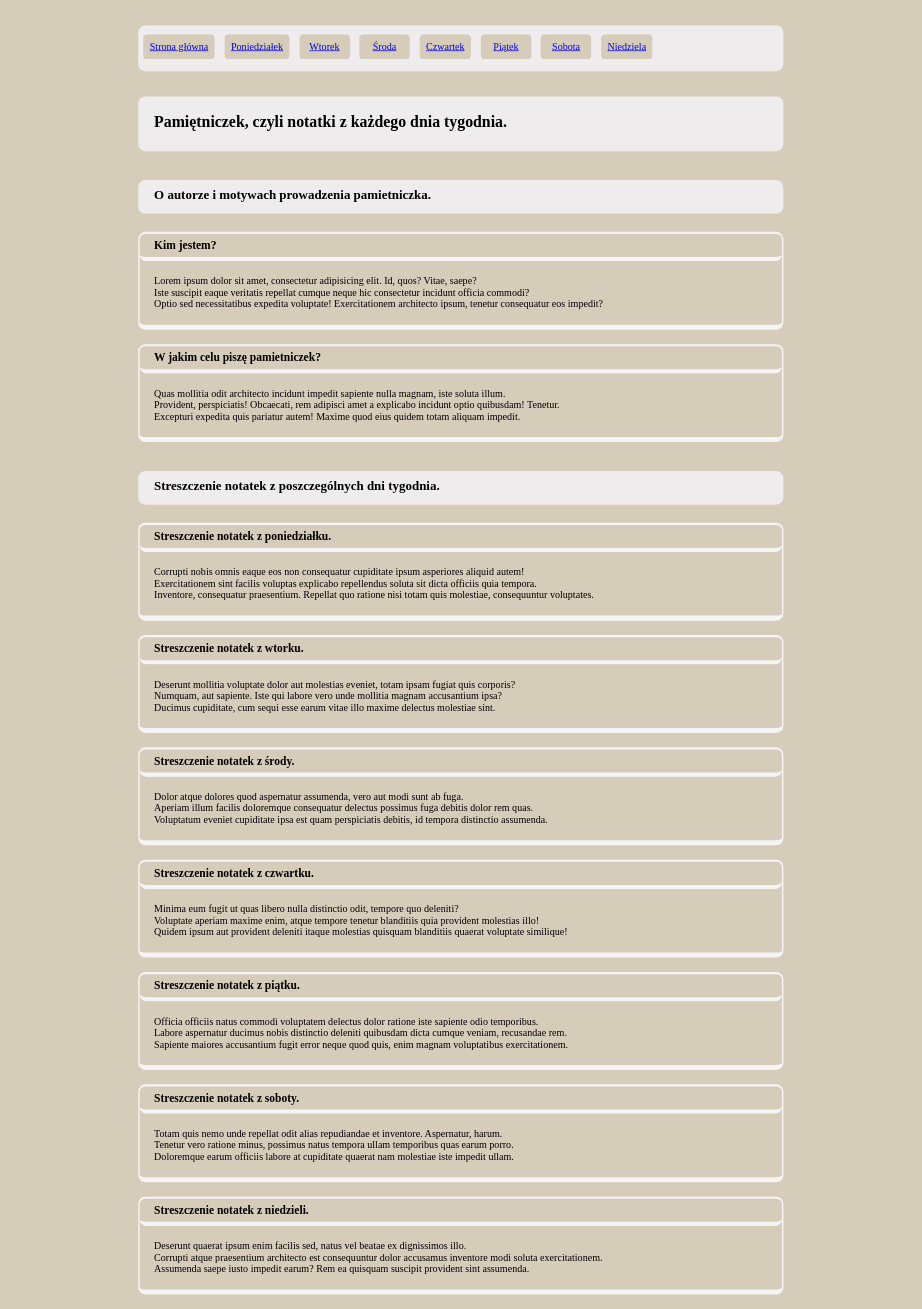
Repository: ArturNatwora/hompage
Page: index.html
An editor plug-in stored every save of this project. The page is shown before and after the next save, followed by the edit.
The browser window is 1280 px wide. The pictures show the whole page, at 72% of full size.

Above is the page before, as saved 2019-06-11 20:40:41.

After the next save:
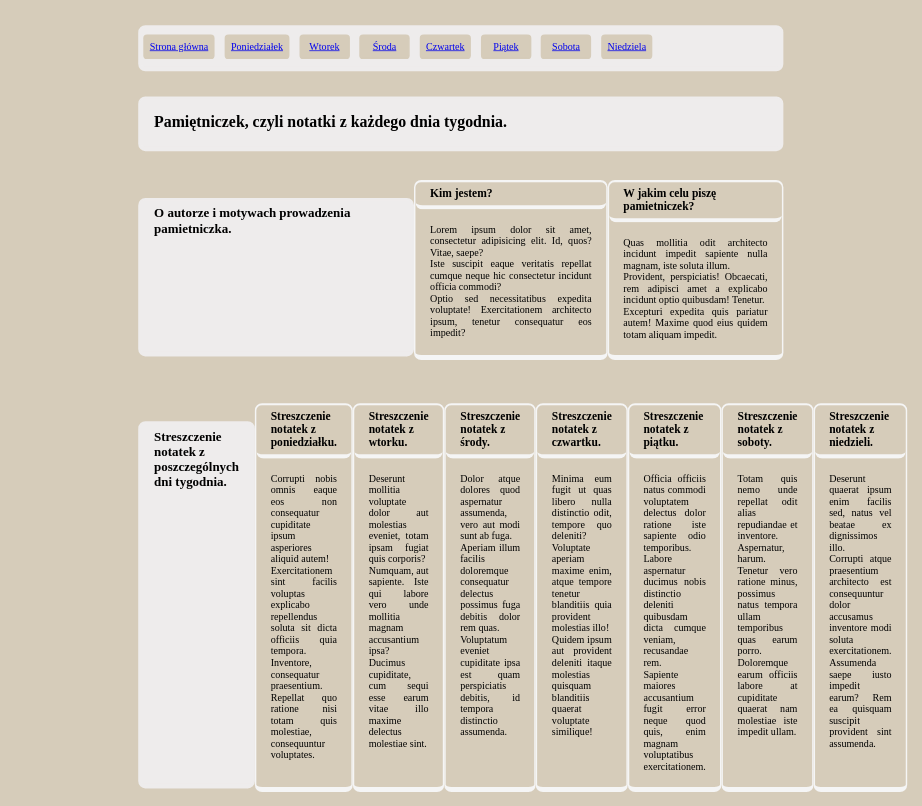
Saved 2 min 56 s later.
--- a/index.html
+++ b/index.html
@@ -26,16 +26,16 @@
         <h1 class="bodyHeader__title">Pamiętniczek, czyli notatki z każdego dnia tygodnia.</h1>
     </header>
     <main class="main">
-        <section class="section">
+        <section class="section  section-flex" >
             <h2 class="section__title">O autorze i motywach prowadzenia pamietniczka.</h2>
-            <article class="article">
+            <article class="article article-flex">
                 <h3 class="article__title">Kim jestem?</h3>
                 <p>Lorem ipsum dolor sit amet, consectetur adipisicing elit. Id, quos? Vitae, saepe?</p>
                 <p>Iste suscipit eaque veritatis repellat cumque neque hic consectetur incidunt officia commodi?</p>
                 <p>Optio sed necessitatibus expedita voluptate! Exercitationem architecto ipsum, tenetur consequatur eos
                     impedit?</p>
             </article>
-            <article class="article">
+            <article class="article article-flex">
 
                 <h3 class="article__title">W jakim celu piszę pamietniczek?</h3>
                 <p>Quas mollitia odit architecto incidunt impedit sapiente nulla magnam, iste soluta illum.</p>
@@ -46,9 +46,9 @@
 
         </section>
 
-        <section class="section">
+        <section class="section section-flex">
                 <h2 class="section__title">Streszczenie notatek z poszczególnych dni tygodnia.</h2>
-                <article class="article">
+                <article class="article article-flex">
                     <h3 class="article__title">Streszczenie notatek z poniedziałku.</h3>
                     <p>Corrupti nobis omnis eaque eos non consequatur cupiditate ipsum asperiores aliquid autem!</p>
                     <p>Exercitationem sint facilis voluptas explicabo repellendus soluta sit dicta officiis quia
@@ -56,20 +56,20 @@
                     <p>Inventore, consequatur praesentium. Repellat quo ratione nisi totam quis molestiae, consequuntur
                         voluptates.</p>
                 </article>
-                <article class="article">
+                <article class="article article-flex">
                     <h3 class="article__title">Streszczenie notatek z wtorku.</h3>
                     <p>Deserunt mollitia voluptate dolor aut molestias eveniet, totam ipsam fugiat quis corporis?</p>
                     <p>Numquam, aut sapiente. Iste qui labore vero unde mollitia magnam accusantium ipsa?</p>
                     <p>Ducimus cupiditate, cum sequi esse earum vitae illo maxime delectus molestiae sint.</p>
                 </article>
-                <article class="article">
+                <article class="article article-flex">
                     <h3 class="article__title">Streszczenie notatek z środy.</h3>
                     <p>Dolor atque dolores quod aspernatur assumenda, vero aut modi sunt ab fuga.</p>
                     <p>Aperiam illum facilis doloremque consequatur delectus possimus fuga debitis dolor rem quas.</p>
                     <p>Voluptatum eveniet cupiditate ipsa est quam perspiciatis debitis, id tempora distinctio
                         assumenda.</p>
                 </article>
-                <article class="article">
+                <article class="article article-flex">
                     <h3 class="article__title">Streszczenie notatek z czwartku.</h3>
                     <p>Minima eum fugit ut quas libero nulla distinctio odit, tempore quo deleniti?</p>
                     <p>Voluptate aperiam maxime enim, atque tempore tenetur blanditiis quia provident molestias illo!
@@ -77,7 +77,7 @@
                     <p>Quidem ipsum aut provident deleniti itaque molestias quisquam blanditiis quaerat voluptate
                         similique!</p>
                 </article>
-                <article class="article">
+                <article class="article article-flex">
                     <h3 class="article__title">Streszczenie notatek z piątku.</h3>
                     <p>Officia officiis natus commodi voluptatem delectus dolor ratione iste sapiente odio temporibus.
                     </p>
@@ -86,13 +86,13 @@
                     <p>Sapiente maiores accusantium fugit error neque quod quis, enim magnam voluptatibus
                         exercitationem.</p>
                 </article>
-                <article class="article">
+                <article class="article article-flex">
                     <h3 class="article__title">Streszczenie notatek z soboty.</h3>
                     <p>Totam quis nemo unde repellat odit alias repudiandae et inventore. Aspernatur, harum.</p>
                     <p>Tenetur vero ratione minus, possimus natus tempora ullam temporibus quas earum porro.</p>
                     <p>Doloremque earum officiis labore at cupiditate quaerat nam molestiae iste impedit ullam.</p>
                 </article>
-                <article class="article">
+                <article class="article article-flex">
                     <h3 class="article__title">Streszczenie notatek z niedzieli.</h3>
                     <p>Deserunt quaerat ipsum enim facilis sed, natus vel beatae ex dignissimos illo.</p>
                     <p>Corrupti atque praesentium architecto est consequuntur dolor accusamus inventore modi soluta
